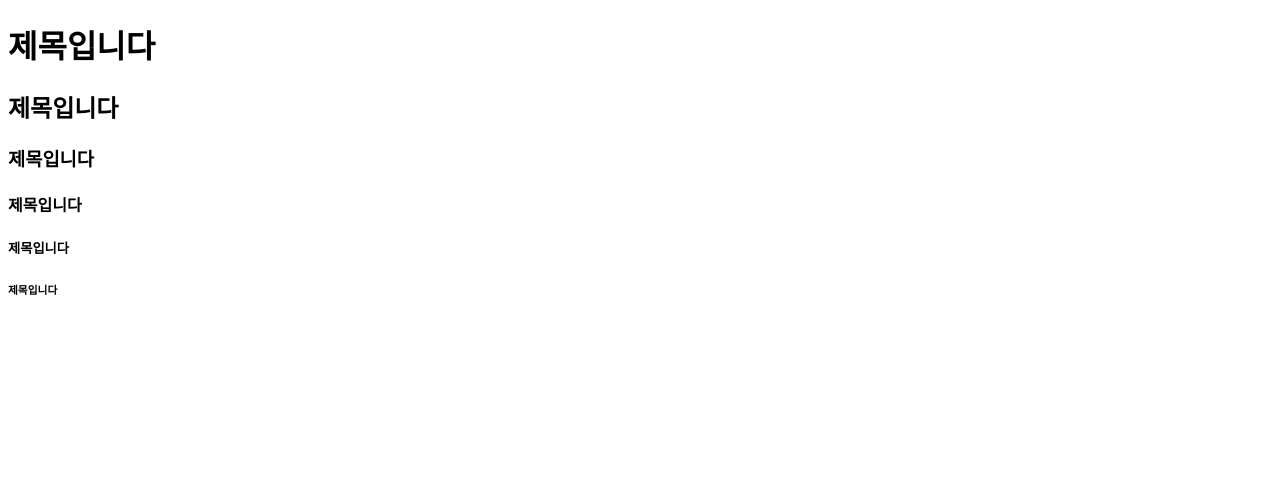
Repository: suhong99/htmlLecture
Page: sample01-1/src/main/webapp/index.html
These files come from the project's save history. The page is drawn as it stood at one moment and after the next save; the edit follows.
The browser window is 1280 px wide. The pictures show the whole page.

Above is the page before, as saved 2023-06-21 04:29:58.

### sample01-1/src/main/webapp/index.html
<!DOCTYPE html>
<html>
<head>
<meta charset="UTF-8">
<title>Insert title here</title>
</head>
<body>
<!-- 주석문 Ctrl + Shift+/ -->
<!--
	HTML -> Hyper Text Markup Language
			웹에 띄우는 언어
		Tag로 구성되어 있따
		<태그명>텍스트 </태그명>
		<태그명 속성(attribute)=값>택스트</태그명>
		<태그명 속성(attribute)="특성 : 값">택스트</태그명>
		URL -> 접속주소 Uniform Resource Locator
 -->

 <!-- heading  -->
  <h1> 제목입니다</h1>
  <h2> 제목입니다</h2>
  <h3> 제목입니다</h3>
  <h4> 제목입니다</h4>
  <h5> 제목입니다</h5>
  <h6> 제목입니다</h6>
 <!--  줄바꿈 -->
 <br>
</body>
</html>

After the next save:
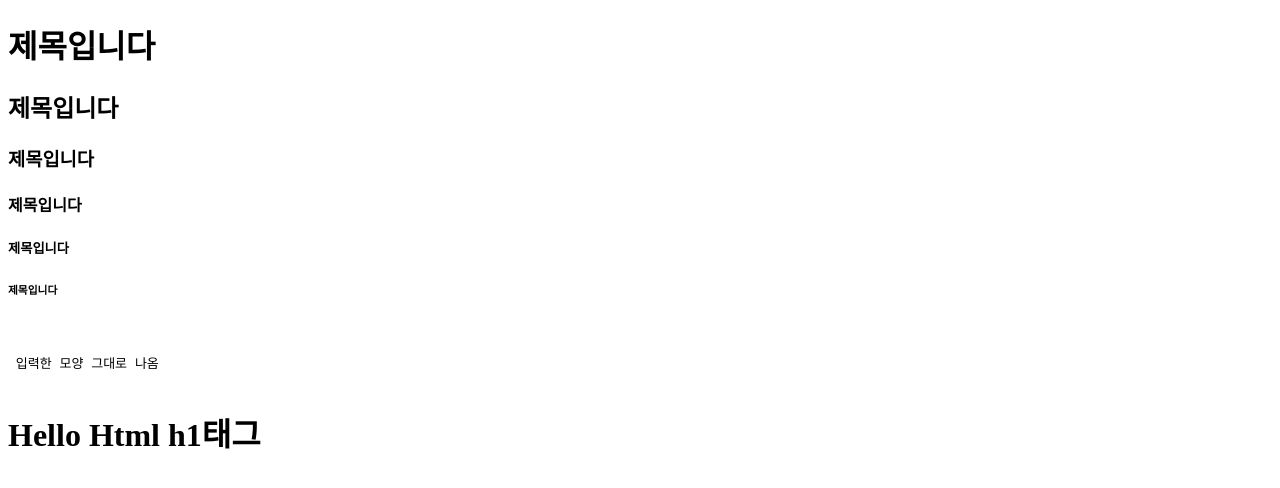
Saved 5 s later.
--- a/sample01-1/src/main/webapp/index.html
+++ b/sample01-1/src/main/webapp/index.html
@@ -25,5 +25,16 @@
   <h6> 제목입니다</h6>
  <!--  줄바꿈 -->
  <br>
+ <pre>
+ 입력한 모양 그대로 나옴
+ </pre>
+
+ <!--
+ 	Attribute(속성)
+ 		<태그명 속성1명="값" 속성2명 = "값"></태그명>
+ 	Property(특성)
+ 		<xormaud thrtjd1aud="프로퍼티1:값;프로퍼티2:값"></태그명>
+  -->
+ <h1>Hello Html h1태그</h1>
 </body>
 </html>
